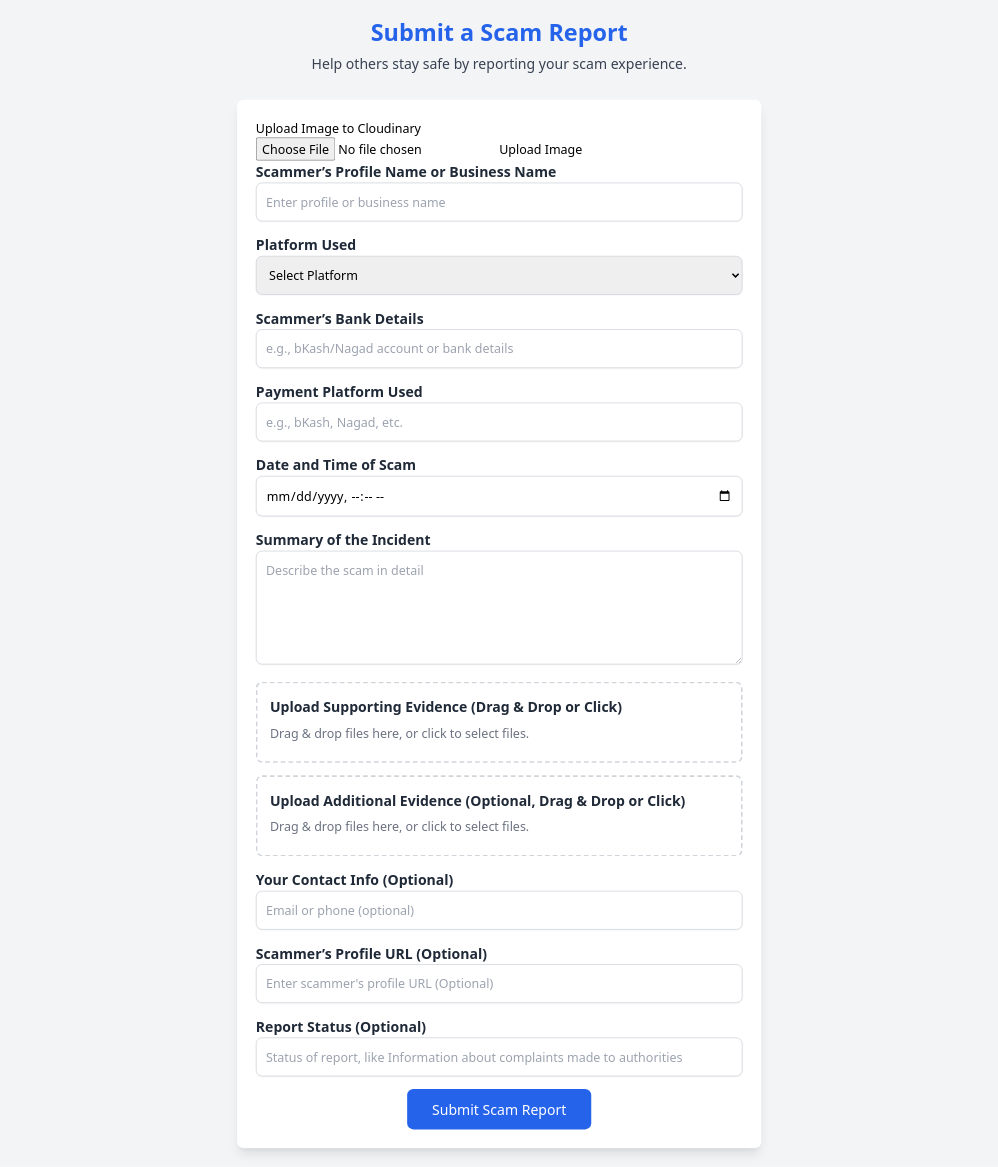
Repository: dev-athar/protarok
Page: /submit-scam
An editor plug-in stored every save of this project. The page is shown before and after the next save, followed by the edit.
The browser window is 1280 px wide. The pictures show the whole page, at 78% of full size.
The project was rebuilt for these pictures with package versions that can differ from the ones it lists, and the page was loaded fresh each time. Also part of the build but not shown: vite.config.ts, src/pages/HomePage.tsx, src/pages/SearchResultsPage.tsx.

Above is the page before, as saved 2024-12-31 18:08:01.

### src/main.tsx
import { StrictMode } from "react";
import { createRoot } from "react-dom/client";
import "./index.css";
// import "./styles.css";
import App from "./App.tsx";

createRoot(document.getElementById("root")!).render(
  <StrictMode>
    <App />
  </StrictMode>
);

### src/App.tsx
// src/App.js
import { BrowserRouter as Router, Routes, Route } from "react-router-dom";
import HomePage from "./pages/HomePage";
import SearchResultsPage from "./pages/SearchResultsPage";
import SubmitScamPage from "./pages/SubmitScamPage";
import ImageUploader from "./pages/ImageUploader";

function App() {
  return (
    <Router>
      <Routes>
        <Route path="/" element={<HomePage />} />
        <Route path="/search" element={<SearchResultsPage />} />
        <Route path="/submit-scam" element={<SubmitScamPage />} />
        <Route path="/test" element={<ImageUploader />} />
      </Routes>
    </Router>
  );
}

export default App;

### src/pages/SubmitScamPage.tsx
import { useState } from "react";
import { supabase } from "../supabase"; // Ensure you have a supabase.js file exporting the initialized client
import CloudinaryUploadWidget from "./ImageUploader";
import ImageUploader from "./ImageUploader";

const SubmitScamPage = () => {
  const [formData, setFormData] = useState({
    scamProfileName: "",
    platform: "",
    scamContactInfo: "",
    dateOfScam: "",
    description: "",
    proof: [],
    paymentMethod: "",
    additionalEvidence: [],
    victimContactInfo: "",
    bankDetails: "",
    paymentPlatform: "",
    scamProfileUrl: "",
    reportStatus: "",
  });

  const [isSubmitted, setIsSubmitted] = useState(false);

  const handleChange = (e) => {
    const { name, value } = e.target;
    setFormData((prev) => ({
      ...prev,
      [name]: value,
    }));
  };

  const handleFileChange = (e) => {
    const { name, files } = e.target;
    setFormData((prev) => ({
      ...prev,
      [name]: [...prev[name], ...Array.from(files)],
    }));
  };

  const handleDrop = (e, name) => {
    e.preventDefault();
    const files = Array.from(e.dataTransfer.files);
    setFormData((prev) => ({
      ...prev,
      [name]: [...prev[name], ...files],
    }));
  };

  const handleDragOver = (e) => {
    e.preventDefault();
  };

  const handleFileDelete = (name, index) => {
    setFormData((prev) => ({
      ...prev,
      [name]: prev[name].filter((_, i) => i !== index),
    }));
  };

  // Upload multiple files to Supabase Storage
  // const uploadFilesToSupabase = async (files, folder) => {
  //   if (!files || files.length === 0) {
  //     return [];
  //   }

  //   const uploadPromises = files.map(async (file) => {
  //     const filePath = `${folder}/${Date.now()}-${file.name}`;
  //     const { data, error } = await supabase.storage
  //       .from("uploads") // Ensure the bucket name matches
  //       .upload(filePath, file);

  //     if (error) {
  //       console.error("File upload error:", error.message);
  //       return null;
  //     }

  //     const { data: publicData, error: publicError } = supabase.storage
  //       .from("uploads")
  //       .getPublicUrl(filePath);

  //     if (publicError) {
  //       console.error("Error generating public URL:", publicError.message);
  //       return null;
  //     }

  //     return publicData.publicUrl;
  //   });

  //   return Promise.all(uploadPromises);
  // };

  // Upload multiple files to Cloudinary
  const uploadImagesToCloudinary = async (files) => {
    if (!files || files.length === 0) return [];

    const uploadUrl = `https://api.cloudinary.com/v1_1/<your-cloud-name>/image/upload`;

    // Fetch signature and timestamp from backend
    const signatureResponse = await fetch("/api/signature");
    const { signature, timestamp } = await signatureResponse.json();

    const uploadPromises = files.map(async (file) => {
      const formData = new FormData();
      formData.append("file", file);
      formData.append("upload_preset", "scam-archive");
      formData.append("timestamp", timestamp);
      formData.append("signature", signature);
      formData.append("api_key", "<your-api-key>"); // Replace with your Cloudinary API key

      try {
        const response = await fetch(uploadUrl, {
          method: "POST",
          body: formData,
        });
        const data = await response.json();
        return data.secure_url; // Return the uploaded image URL
      } catch (error) {
        console.error("Error uploading to Cloudinary:", error);
        return null;
      }
    });

    return Promise.all(uploadPromises);
  };

  const handleSubmit = async (e) => {
    e.preventDefault();

    try {
      const normalizedUrl = formData.scamProfileUrl.trim()
        ? formData.scamProfileUrl.trim().startsWith("http")
          ? formData.scamProfileUrl.trim()
          : `https://${formData.scamProfileUrl.trim()}`
        : "";

      const formDataWithUrl = {
        ...formData,
        scamProfileUrl: normalizedUrl,
      };

      // Upload files to Supabase Storage
      // const proofUrls = await uploadFilesToSupabase(formData.proof, "proofs");
      // const additionalEvidenceUrls = await uploadFilesToSupabase(
      //   formData.additionalEvidence,
      //   "additionalEvidence"
      // );

      // Upload files to Cloudinary
      const proofUrls = await uploadImagesToCloudinary(formData.proof);
      const additionalEvidenceUrls = await uploadImagesToCloudinary(
        formData.additionalEvidence
      );

      // Insert data into Supabase database
      const { error } = await supabase.from("scamReports").insert([
        {
          ...formDataWithUrl,
          proof: proofUrls.length > 0 ? proofUrls : null,
          additionalEvidence:
            additionalEvidenceUrls.length > 0 ? additionalEvidenceUrls : null,
          submittedAt: new Date(),
        },
      ]);

      if (error) {
        throw new Error(error.message);
      }

      setFormData({
        scamProfileName: "",
        platform: "",
        scamContactInfo: "",
        dateOfScam: "",
        description: "",
        proof: [],
        paymentMethod: "",
        additionalEvidence: [],
        victimContactInfo: "",
        bankDetails: "",
        paymentPlatform: "",
        scamProfileUrl: "",
        reportStatus: "",
      });
      setIsSubmitted(true);
      setTimeout(() => setIsSubmitted(false), 5000);
    } catch (error) {
      console.error("Error submitting form:", error);
      alert(
        "An error occurred while submitting your report. Please try again."
      );
    }
  };

  return (
    <div className="min-h-screen bg-gray-100 p-6">
      <header className="text-center mb-8">
        <h1 className="text-3xl font-bold text-blue-600">
          Submit a Scam Report
        </h1>
        <p className="text-lg text-gray-700 mt-2">
          Help others stay safe by reporting your scam experience.
        </p>
      </header>

      <div className="max-w-2xl mx-auto bg-white p-6 rounded-lg shadow-lg">
        {isSubmitted && (
          <div className="mb-4 p-4 text-green-700 bg-green-100 rounded-lg">
            Thank you! Your report has been submitted and is pending admin
            approval.
          </div>
        )}

        <form onSubmit={handleSubmit}>
          <ImageUploader />
          {/* Scam Profile Name */}
          <div className="mb-4">
            <label
              htmlFor="scamProfileName"
              className="block text-lg font-semibold text-gray-800"
            >
              Scammer’s Profile Name or Business Name
            </label>
            <input
              type="text"
              id="scamProfileName"
              name="scamProfileName"
              value={formData.scamProfileName}
              onChange={handleChange}
              className="w-full p-3 border border-gray-300 rounded-lg shadow-sm focus:outline-none focus:ring-2 focus:ring-blue-500"
              placeholder="Enter profile or business name"
              required
            />
          </div>

          {/* Platform Used */}
          <div className="mb-4">
            <label
              htmlFor="platform"
              className="block text-lg font-semibold text-gray-800"
            >
              Platform Used
            </label>
            <select
              id="platform"
              name="platform"
              value={formData.platform}
              onChange={handleChange}
              className="w-full p-3 border border-gray-300 rounded-lg shadow-sm focus:outline-none focus:ring-2 focus:ring-blue-500"
              required
            >
              <option value="">Select Platform</option>
              <option value="Facebook">Facebook</option>
              <option value="Website">Website</option>
              <option value="Phone">Phone</option>
              <option value="Other">Other</option>
            </select>
          </div>

          {/* Scammer’s Bank Details */}
          <div className="mb-4">
            <label
              htmlFor="bankDetails"
              className="block text-lg font-semibold text-gray-800"
            >
              Scammer’s Bank Details
            </label>
            <input
              type="text"
              id="bankDetails"
              name="bankDetails"
              value={formData.bankDetails}
              onChange={handleChange}
              className="w-full p-3 border border-gray-300 rounded-lg shadow-sm focus:outline-none focus:ring-2 focus:ring-blue-500"
              placeholder="e.g., bKash/Nagad account or bank details"
              required
            />
          </div>

          {/* Payment Platform */}
          <div className="mb-4">
            <label
              htmlFor="paymentPlatform"
              className="block text-lg font-semibold text-gray-800"
            >
              Payment Platform Used
            </label>
            <input
              type="text"
              id="paymentPlatform"
              name="paymentPlatform"
              value={formData.paymentPlatform}
              onChange={handleChange}
              className="w-full p-3 border border-gray-300 rounded-lg shadow-sm focus:outline-none focus:ring-2 focus:ring-blue-500"
              placeholder="e.g., bKash, Nagad, etc."
            />
          </div>

          {/* Date and Time of Scam */}
          <div className="mb-4">
            <label
              htmlFor="dateOfScam"
              className="block text-lg font-semibold text-gray-800"
            >
              Date and Time of Scam
            </label>
            <input
              type="datetime-local"
              id="dateOfScam"
              name="dateOfScam"
              value={formData.dateOfScam}
              onChange={handleChange}
              className="w-full p-3 border border-gray-300 rounded-lg shadow-sm focus:outline-none focus:ring-2 focus:ring-blue-500"
              required
            />
          </div>

          {/* Description */}
          <div className="mb-4">
            <label
              htmlFor="description"
              className="block text-lg font-semibold text-gray-800"
            >
              Summary of the Incident
            </label>
            <textarea
              id="description"
              name="description"
              value={formData.description}
              onChange={handleChange}
              className="w-full p-3 border border-gray-300 rounded-lg shadow-sm focus:outline-none focus:ring-2 focus:ring-blue-500"
              rows="5"
              placeholder="Describe the scam in detail"
              required
            ></textarea>
          </div>

          {/* Supporting Evidence */}
          <div
            className="mb-4 border-dashed border-2 border-gray-300 p-4 rounded-lg"
            onDrop={(e) => handleDrop(e, "proof")}
            onDragOver={handleDragOver}
          >
            <label
              htmlFor="proof"
              className="block text-lg font-semibold text-gray-800"
            >
              Upload Supporting Evidence (Drag & Drop or Click)
            </label>
            <input
              type="file"
              id="proof"
              name="proof"
              accept="image/*,.pdf"
              multiple
              onChange={handleFileChange}
              className="hidden"
            />
            <p className="text-gray-500 mt-2">
              Drag & drop files here, or click to select files.
            </p>
            <ul className="mt-2 list-disc list-inside text-sm text-gray-600">
              {formData.proof.map((file, index) => (
                <li key={index} className="flex justify-between items-center">
                  {file.name}
                  <button
                    type="button"
                    className="text-red-500 ml-4 hover:underline"
                    onClick={() => handleFileDelete("proof", index)}
                  >
                    Delete
                  </button>
                </li>
              ))}
            </ul>
          </div>

          {/* Additional Evidence */}
          <div
            className="mb-4 border-dashed border-2 border-gray-300 p-4 rounded-lg"
            onDrop={(e) => handleDrop(e, "additionalEvidence")}
            onDragOver={handleDragOver}
          >
            <label
              htmlFor="additionalEvidence"
              className="block text-lg font-semibold text-gray-800"
            >
              Upload Additional Evidence (Optional, Drag & Drop or Click)
            </label>
            <input
              type="file"
              id="additionalEvidence"
              name="additionalEvidence"
              accept="image/*,.pdf"
              multiple
              onChange={handleFileChange}
              className="hidden"
            />
            <p className="text-gray-500 mt-2">
              Drag & drop files here, or click to select files.
            </p>
            <ul className="mt-2 list-disc list-inside text-sm text-gray-600">
              {formData.additionalEvidence.map((file, index) => (
                <li key={index} className="flex justify-between items-center">
                  {file.name}
                  <button
                    type="button"
                    className="text-red-500 ml-4 hover:underline"
                    onClick={() =>
                      handleFileDelete("additionalEvidence", index)
                    }
                  >
                    Delete
                  </button>
                </li>
              ))}
            </ul>
          </div>

          {/* Victim Contact Info */}
          <div className="mb-4">
            <label
              htmlFor="victimContactInfo"
              className="block text-lg font-semibold text-gray-800"
            >
              Your Contact Info (Optional)
            </label>
            <input
              type="text"
              id="victimContactInfo"
              name="victimContactInfo"
              value={formData.victimContactInfo}
              onChange={handleChange}
              className="w-full p-3 border border-gray-300 rounded-lg shadow-sm focus:outline-none focus:ring-2 focus:ring-blue-500"
              placeholder="Email or phone (optional)"
            />
          </div>

          {/* Scammer Profile URL */}
          <div className="mb-4">
            <label
              htmlFor="scamProfileUrl"
              className="block text-lg font-semibold text-gray-800"
            >
              Scammer’s Profile URL (Optional)
            </label>
            <input
              type="text"
              id="scamProfileUrl"
              name="scamProfileUrl"
              value={formData.scamProfileUrl}
              onChange={handleChange}
              className="w-full p-3 border border-gray-300 rounded-lg shadow-sm focus:outline-none focus:ring-2 focus:ring-blue-500"
              placeholder="Enter scammer's profile URL (Optional)"
            />
          </div>

          {/* Report Status */}
          <div className="mb-4">
            <label
              htmlFor="reportStatus"
              className="block text-lg font-semibold text-gray-800"
            >
              Report Status (Optional)
            </label>
            <input
              type="text"
              id="reportStatus"
              name="reportStatus"
              value={formData.reportStatus}
              onChange={handleChange}
              className="w-full p-3 border border-gray-300 rounded-lg shadow-sm focus:outline-none focus:ring-2 focus:ring-blue-500"
              placeholder="Status of report, like Information about complaints made to authorities"
            />
          </div>

          <div className="text-center">
            <button
              type="submit"
              className="bg-blue-600 text-white py-3 px-8 rounded-lg text-lg hover:bg-blue-700 transition duration-300"
            >
              Submit Scam Report
            </button>
          </div>
        </form>
      </div>
    </div>
  );
};

export default SubmitScamPage;

### src/pages/ImageUploader.tsx
import React, { useState } from 'react';

const ImageUploader = () => {
  const [image, setImage] = useState(null);
  const [uploading, setUploading] = useState(false);
  const [url, setUrl] = useState(null);

  const handleImageChange = (e) => {
    setImage(e.target.files[0]);
  };

  const handleUpload = async () => {
    if (!image) {
      alert('Please select an image to upload!');
      return;
    }

    setUploading(true);

    const formData = new FormData();
    formData.append('file', image);
    formData.append('upload_preset', '<YOUR_UNSIGNED_UPLOAD_PRESET>'); // Replace with your upload preset

    try {
      const response = await fetch(`https://api.cloudinary.com/v1_1/<YOUR_CLOUD_NAME>/image/upload`, {
        method: 'POST',
        body: formData,
      });

      const data = await response.json();
      setUrl(data.secure_url);
      alert('Image uploaded successfully!');
    } catch (error) {
      console.error('Error uploading image:', error);
      alert('Failed to upload image');
    } finally {
      setUploading(false);
    }
  };

  return (
    <div>
      <h1>Upload Image to Cloudinary</h1>
      <input type="file" accept="image/*" onChange={handleImageChange} />
      <button onClick={handleUpload} disabled={uploading}>
        {uploading ? 'Uploading...' : 'Upload Image'}
      </button>
      {url && (
        <div>
          <h3>Uploaded Image:</h3>
          <img src={url} alt="Uploaded" style={{ maxWidth: '100%' }} />
        </div>
      )}
    </div>
  );
};

export default ImageUploader;

### src/supabase.js
// src/supabase.js
import { createClient } from "@supabase/supabase-js";

// Replace with your Supabase project details
const SUPABASE_URL = "https://sifneaujnvssmmholqep.supabase.co";
const SUPABASE_ANON_KEY =
  "eyJhbGciOiJIUzI1NiIsInR5cCI6IkpXVCJ9.eyJpc3MiOiJzdXBhYmFzZSIsInJlZiI6InNpZm5lYXVqbnZzc21taG9scWVwIiwicm9sZSI6ImFub24iLCJpYXQiOjE3MzU1Nzg3OTYsImV4cCI6MjA1MTE1NDc5Nn0.zF7HMOg0-BrktsjLbYnVq5kqcp5-WHRwPWzEX9ggRew";

export const supabase = createClient(SUPABASE_URL, SUPABASE_ANON_KEY);

### tailwind.config.js
/** @type {import('tailwindcss').Config} */
// export default {
module.exports = {
  content: ["./index.html", "./src/**/*.{js,ts,jsx,tsx}"],
  theme: {
    extend: {},
  },
  plugins: [],
};

Loaded but not shown: index.html (common file); src/index.css (common file)

After the next save:
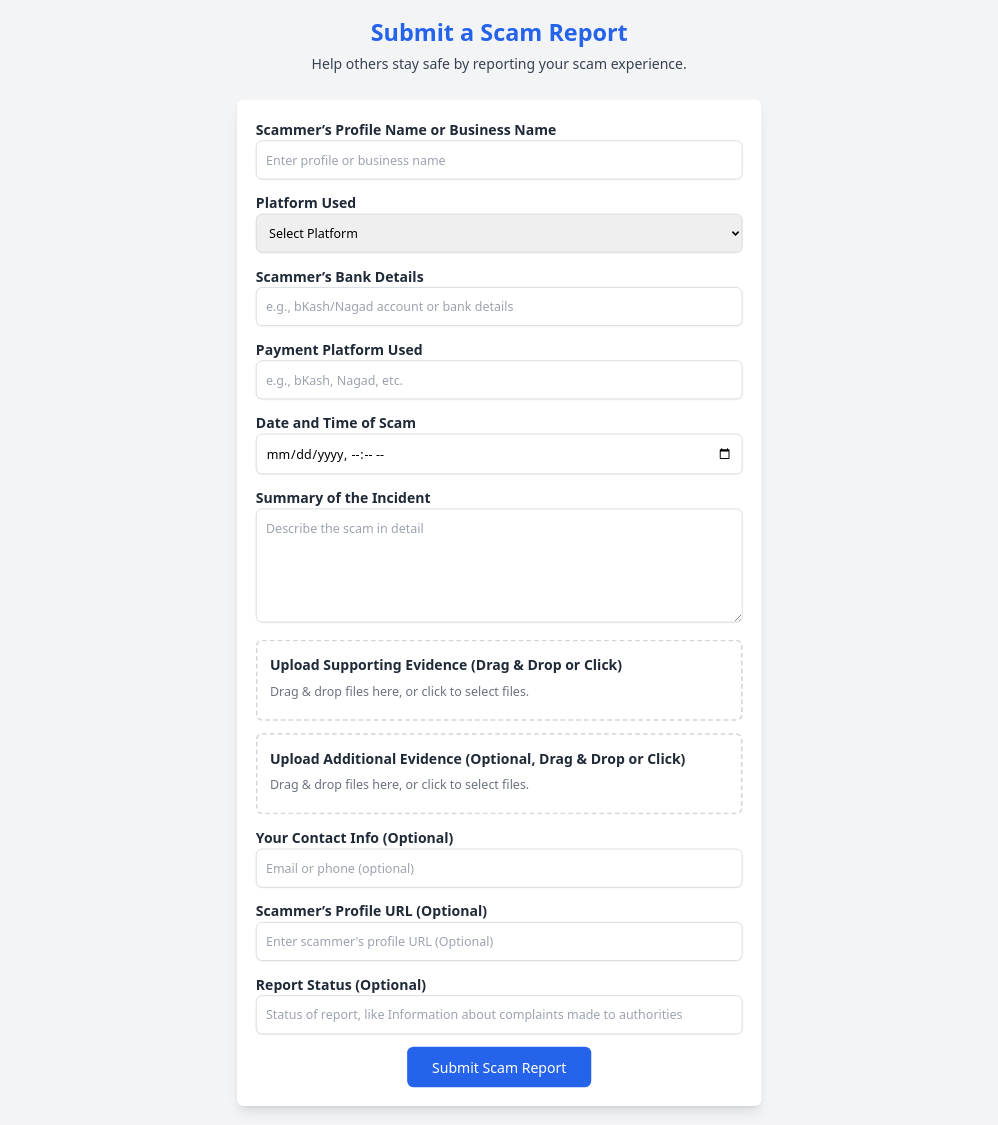
Saved 9 s later.
--- a/src/pages/SubmitScamPage.tsx
+++ b/src/pages/SubmitScamPage.tsx
@@ -212,7 +212,6 @@ const SubmitScamPage = () => {
         )}
 
         <form onSubmit={handleSubmit}>
-          <ImageUploader />
           {/* Scam Profile Name */}
           <div className="mb-4">
             <label
